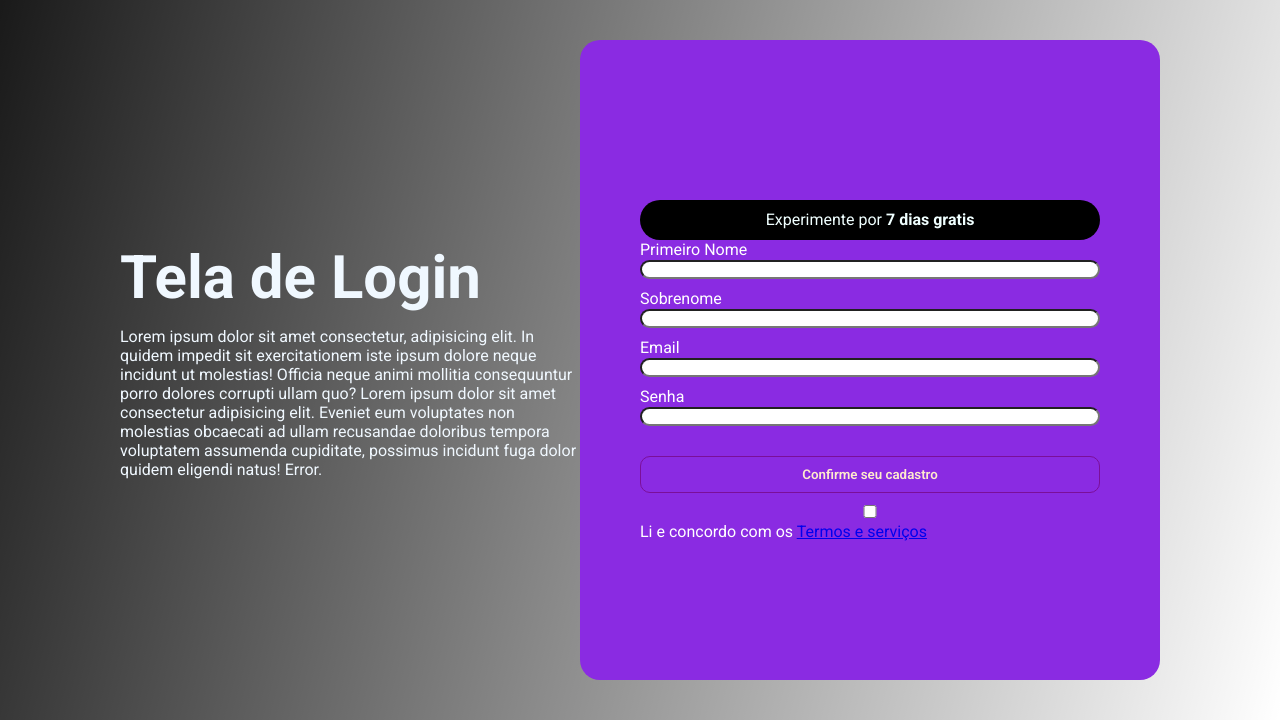
Repository: gimoli/tela-login
Page: index.html
The author's editor kept a copy of each file at every save. The page is drawn from the files as they stood at one save, then again after a run of saves.
The browser window is 1280 px wide. The pictures show the whole page.

Above is the page before, as saved 2025-04-16 22:25:45.

### index.html
<!DOCTYPE html>
<html lang="pt-br">
<head>
    <meta charset="UTF-8">
    <meta name="viewport" content="width=device-width, initial-scale=1.0">
    <title>Document</title>
    <link rel="stylesheet" href="style.css">
    <link rel="preconnect" href="https://fonts.googleapis.com">
<link rel="preconnect" href="https://fonts.gstatic.com" crossorigin>
<link href="https://fonts.googleapis.com/css2?family=Roboto:ital,wght@0,100..900;1,100..900&display=swap" rel="stylesheet">
</head>
<body>
    <main>
            <div class="container-left">
                <h1>Tela de Login</h1>
                <p>Lorem ipsum dolor sit amet consectetur, adipisicing elit. In quidem impedit sit exercitationem iste ipsum dolore neque incidunt ut molestias!
                     Officia neque animi mollitia consequuntur porro dolores corrupti ullam quo? Lorem ipsum dolor sit amet consectetur adipisicing elit.
                     Eveniet eum voluptates non molestias obcaecati ad ullam recusandae doloribus tempora voluptatem assumenda cupiditate,
                      possimus incidunt fuga dolor quidem eligendi natus! Error.</p>
            </div>

            <div class="container-right">
               <a href="a" class="teste-gratis">
                  <p>Experimente por <b>7 dias gratis</b></p>
                  </a>

                  <div class="forms">
                    <form>
                        <div>
                            <label for="name">
                                <p>Primeiro Nome</p>
                                <input id="name" type="text" />
                            </label>
                        </div>

                        <div>
                            <label for="lastname">
                                <p>Sobrenome</p>
                                <input id="lastname" type="text" />
                            </label>
                        </div>

                        <div>
                            <label>
                                <p>Email</p>
                                <input id="email" type="email" />
                            </label>
                        </div>

                        <div>
                            <label>
                                <p>Senha</p>
                                <input id="password" type="password" />
                            </label>
                        </div>

                        <button type="submit">
                            <p>Confirme seu cadastro</p>
                        </button>

                        <div>
                            <input type="checkbox">
                            <p> Li e concordo com os <a href="a"> Termos e serviços</a> </p>
                        </div>

                    </form>
                </div>
            </div>
    </main>
</body>
</html>

### style.css
* {
    margin: 0;
    padding: 0;
    box-sizing: border-box;
    font-family: "Roboto", sans-serif;
}

main {
    display: flex;
    background-image: url("assets/um-fundo-roxo-e-azul-com-um-fundo-roxo.avif") no-repeat center center;
    background-size: cover;
    position: relative;
    height: 100vh;
    z-index: 0;
    padding: 40px 120px;

    &::after{
        content: "";
        background: linear-gradient(105deg, black 0%, rgba(0, 0, 0, 0) 100%);
        position: absolute;
        top: 0;
        left: 0;
        opacity: 0.9;
        width: 100%;
        height: 100%;
        z-index: -1;
    }
}

.container-left {
    color: aliceblue;
    display: flex;
    justify-content: center;
    flex-direction: column;
    gap: 14px;
}

.container-left h1{
    cursor: pointer;
    font-size: 60px;

    &:houver::after{
        content: "";
        position: absolute;
        bottom: 380px;
        left: 120px;
        background-color: aquamarine;
        height: 3px;
        width: 400px;
        animation-name: left-to-right;
        animation-duration: 600ms;
        animation-iteration-count: 1;
    }
}

.container-right {
   display: flex;
   background-color: blueviolet;
   flex-direction: column;
   justify-content: center;
   align-items: center;
   padding: 100px 60px;
   border-radius: 20px;
   color: rgb(255, 255, 255);
}

.teste-gratis {
    display: flex;
    justify-content:center;
    align-items: center;
   width: 460px;
   height: 40px;
    background-color: rgb(0, 0, 0);
    text-decoration: none;
    color: azure;
    border-radius: 20px;
    margin-top: 20px;

    &:hover{
     transform: scale(1.1);
    }
}

.teste-gratis p{
    text-align: center;
}

.forms {
    width: 100%;
}

.forms form{
    display: flex;
    flex-direction: column;
    gap: 10px;
}

.forms_info {
    text-align: center;
}

.forms input{
    border-radius: 20px;
    width: 100%;
}

.forms button{
    cursor: pointer;
    margin-top: 20px;
    border-radius: 10px;
    padding: 10px 15px;
    background-color: blueviolet;
    color: blanchedalmond;
    border: 0.5px solid rgb(123, 15, 153);
    font-weight: 600;

    &:active {
        transform: scale(0.9);
        background-color: rgb(67, 8, 66);
    }

}

.terms {
    display: flex;
    justify-content: center;
    gap: 5px;
  }

  .terms input {
    width: fit-content;
  }

  .terms p {
    width: 100%;
  }

  .terms p a{
    width: fit-content;
    color: rgb(210, 161, 255);
    font-weight: 900;
  }

  @keyframes left-to-right {
    0% {
      width: 0;
    }
    100% {
      width: 400px;
    }
  }

After the next 3 saves:
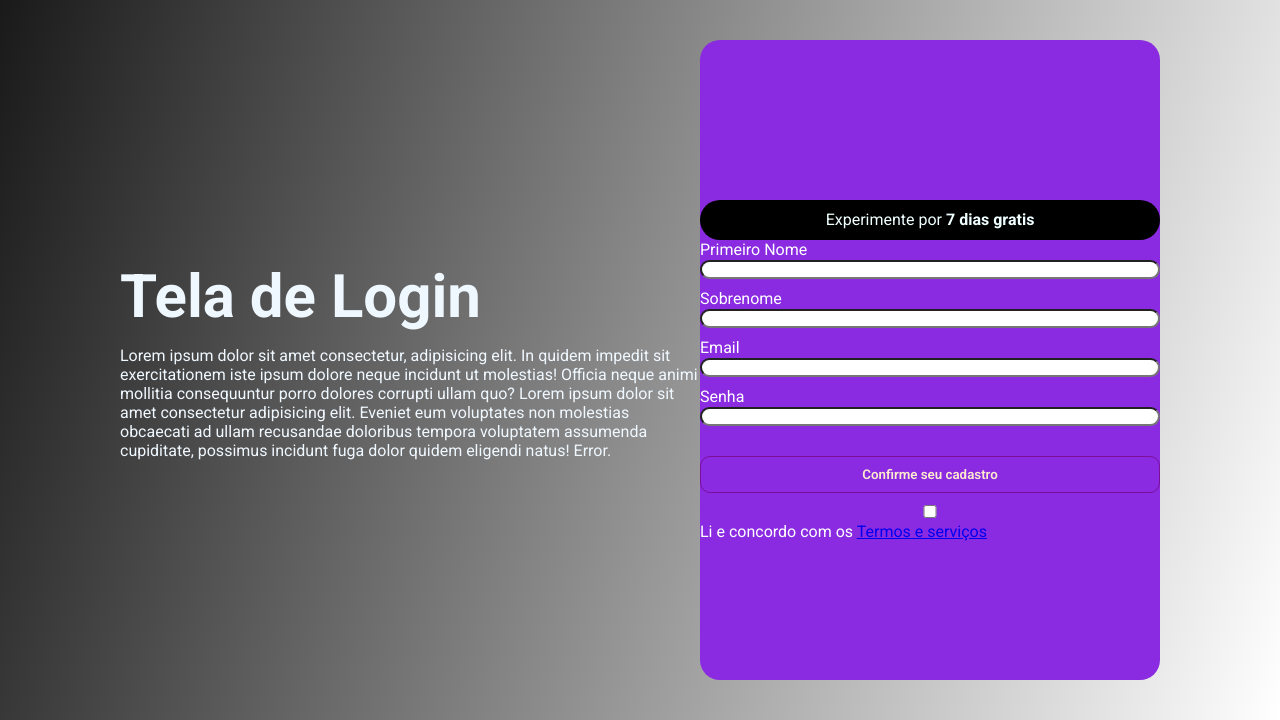
The 3 saves are shown as one change because they came seconds apart.
The last was saved 29 s later.
--- a/style.css
+++ b/style.css
@@ -59,7 +59,7 @@
    flex-direction: column;
    justify-content: center;
    align-items: center;
-   padding: 100px 60px;
+   padding: px 60px;
    border-radius: 20px;
    color: rgb(255, 255, 255);
 }

After the 2 saves that followed:
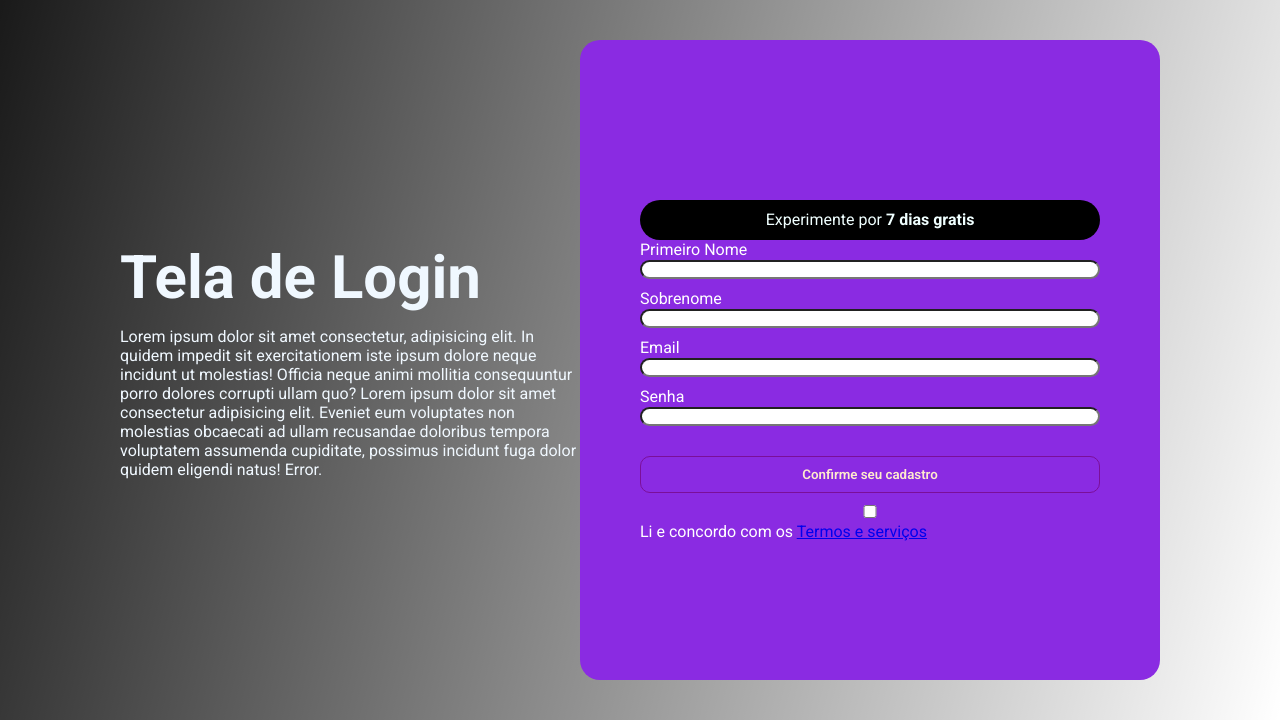
The 2 saves are shown as one change because they came seconds apart.
The last was saved 6 s later.
--- a/style.css
+++ b/style.css
@@ -59,7 +59,7 @@
    flex-direction: column;
    justify-content: center;
    align-items: center;
-   padding: px 60px;
+   padding: 0 60px;
    border-radius: 20px;
    color: rgb(255, 255, 255);
 }
